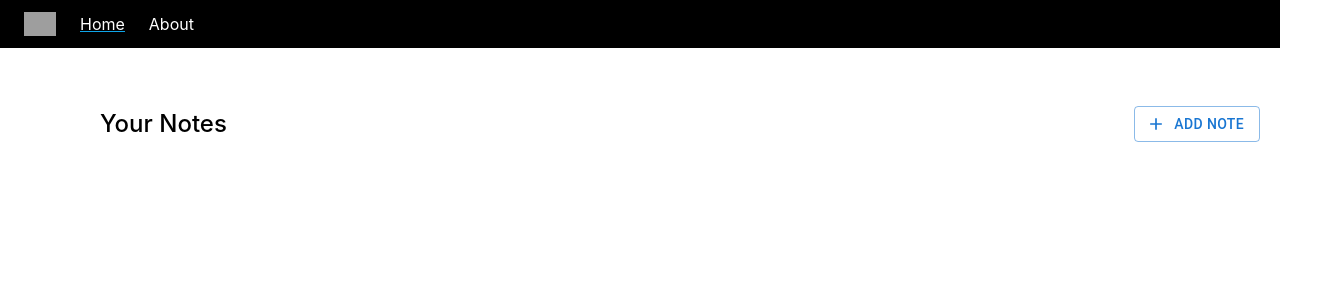
Repository: sonawaneteju4/iNote
Page: /
The author's editor kept a copy of each file at every save. The page is drawn from the files as they stood at one save, then again after the next save.
The browser window is 1280 px wide. The page is 1320 px wide, so the pictures cover 1320 px, including what lies to the right of the window. The pictures show the whole page.
Pictures or frames that could not be fetched are drawn as grey boxes. The page's requests for data from a server got no answer. Some web libraries are served in a nearby version. The project was rebuilt for these pictures with package versions that can differ from the ones it lists, and the page was loaded fresh each time. No one was signed in, and anything a server would have sent is missing. Also part of the build but not shown: src/App.css, src/components/NoteModal.js, src/components/NoteCard.js, src/components/About.js, src/components/Alert.js.

Above is the page before, as saved 2022-10-12 15:10:44.

After the next save:
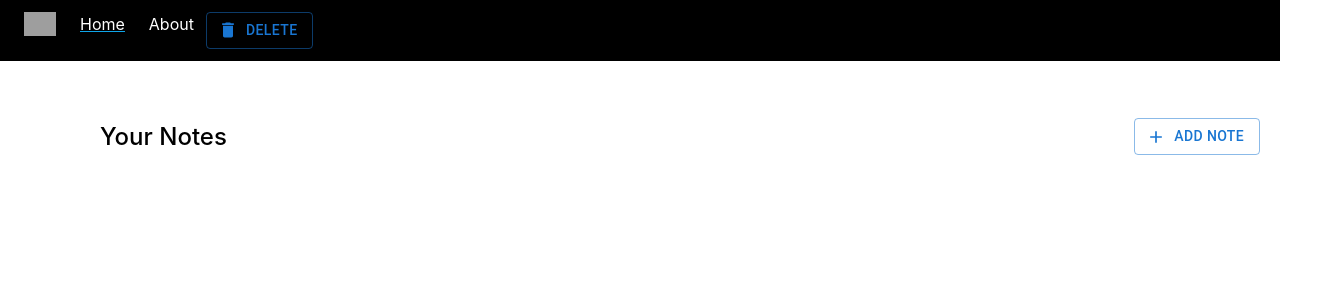
Saved 7 s later.
--- a/src/components/Navbar.js
+++ b/src/components/Navbar.js
@@ -15,7 +15,9 @@ const Navbar = () => {
             <li className='px-3'><Link to="/"><img alt="Logo" className='h-6' src='https://i.ibb.co/yyD6c8M/i-NOTE-3.png'></img></Link></li>
             <li className={`px-3  ${location.pathname==='/'? "underline decoration-sky-500": ""}`}><Link to="/">Home</Link></li>
             <li className={`px-3  ${location.pathname==='/about'? "underline decoration-sky-500": ""}`}><Link to="/about">About</Link></li>
-
+            <Button variant="outlined" startIcon={<DeleteIcon />}>
+        Delete
+      </Button>
         </ul>
 
     </nav>
